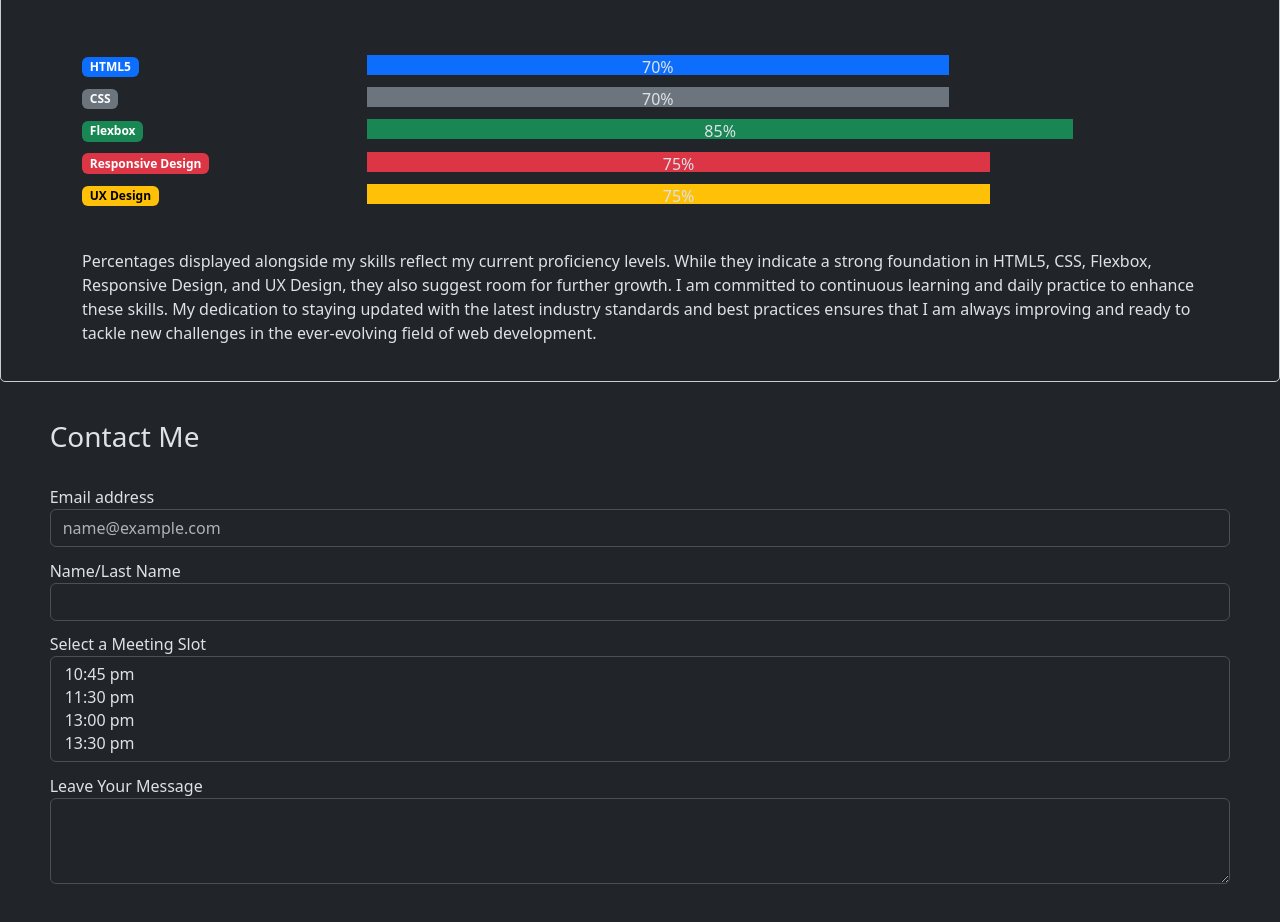
Repository: uvee35/Bootstrap-Portfolio
Page: index.html
The author's editor kept a copy of each file at every save. The page is drawn from the files as they stood at one save, then again after the next save.
The browser window is 1280 px wide. The pictures show the part of the page from y = 1177 to 2129 px (the page is 2099 px tall before and 2129 px after).
A picture or video elsewhere on the page could not be fetched, so the positions and the page height are approximate.

Above is the page before, as saved 2023-12-18 20:27:58.

### index.html
<!DOCTYPE html>
<html lang="en" data-bs-theme="dark">
  <head>
    <meta charset="utf-8" />
    <meta name="viewport" content="width=device-width, initial-scale=1" />
    <title>Bootstrap demo</title>
    <link
      href="https://cdn.jsdelivr.net/npm/bootstrap@5.3.2/dist/css/bootstrap.min.css"
      rel="stylesheet"
      integrity="sha384-T3c6CoIi6uLrA9TneNEoa7RxnatzjcDSCmG1MXxSR1GAsXEV/Dwwykc2MPK8M2HN"
      crossorigin="anonymous"
    />
    <link rel="stylesheet" href="./css/style.css" />
    <link
      rel="stylesheet"
      href="https://cdnjs.cloudflare.com/ajax/libs/font-awesome/5.15.4/css/all.min.css"
    />
  </head>
  <body>
    <!-- Navbar -->
    <nav class="navbar navbar-expand-lg navbar-light bg-dark">
      <div class="container-fluid">
        <!-- Brand/logo -->
        <a class="navbar-brand" href="#home">Victor Marques</a>
        <i class="fab fa-html5"></i>

        <!-- Toggle button for small screens -->
        <button
          class="navbar-toggler"
          type="button"
          data-bs-toggle="collapse"
          data-bs-target="#navbarNavAltMarkup"
          aria-controls="navbarNavAltMarkup"
          aria-expanded="false"
          aria-label="Toggle navigation"
        >
          <span class="navbar-toggler-icon"></span>
        </button>

        <!-- Navbar links -->
        <div
          class="collapse navbar-collapse justify-content-end"
          id="navbarNavAltMarkup"
        >
          <div class="navbar-nav">
            <a class="nav-link" href="#about-me">About Me</a>
            <a class="nav-link" href="#work">Work</a>
            <a class="nav-link" href="#work">Skills</a>
            <a class="nav-link" href="#contact">Contact</a>
          </div>
        </div>
      </div>
    </nav>

    <!-- Hero Section -->
    <section class="hero-section bg-dark text-center py-5" id="hero">
      <div class="container">
        <img
          src="./css/images/victor.JPG"
          alt="Your Name"
          class="rounded-circle mb-3"
          style="width: 150px; height: 150px"
        />
        <h1 class="display-4">Victor Marques</h1>
        <p class="lead">Front-end Developer | Creative Designer</p>
        <p>
          Welcome to my professional portfolio. Here you can find a showcase of
          my work, projects I've contributed to, and the skills I bring to the
          table.
        </p>
      </div>
      <button type="button" class="btn btn-primary btn-lg">Let's Talk</button>
      <button type="button" class="btn btn-secondary btn-lg">My Skills</button>
    </section>

    <!-- Cards -->
    <div class="container-fluid" id="work">
      <div class="row">
        <h1 class="col-12" id="work-text">My Portfolio</h1>
        <!-- Card 1 -->
        <div class="cardContainer col-lg-3 col-md-3 col-sm-6 padding-top">
          <div class="card">
            <img
              src="./css/images/card1photo.png"
              class="card-img-top"
              alt="..."
            />
            <div class="card-body">
              <h4 class="card-title">Horiseon Website</h4>
              <p class="card-text">
                Horiseon is a website crafted with HTML and CSS, focusing on
                accessibility and search engine optimization...
              </p>
              <a
                href="https://uvee35.github.io/Victor-Module1Challenge/"
                class="btn btn-primary"
                >See Live Demo</a
              >
            </div>
          </div>
        </div>
        <!-- End card 1 -->

        <!-- Card 2 -->
        <div class="cardContainer col-lg-3 col-md-3 col-sm-6">
          <div class="card">
            <img src="./css/images/card2.png" class="card-img-top" alt="..." />
            <div class="card-body">
              <h4 class="card-title">Portfolio</h4>
              <p class="card-text">
                This portfolio website, built using HTML, CSS, and Flexbox,
                features a modern and responsive design...
              </p>
              <a
                href="https://uvee35.github.io/Challenge2-Victor/."
                class="btn btn-primary"
                >See Live Demo</a
              >
            </div>
          </div>
        </div>
        <!-- End card 2 -->

        <!-- Card 3 -->
        <div class="cardContainer col-lg-3 col-md-3 col-sm-6">
          <div class="card">
            <img src="./css/images/card3.png" class="card-img-top" alt="..." />
            <div class="card-body">
              <h4 class="card-title">NiceAdmin</h4>
              <p class="card-text">
                NiceAdmin is a website designed using HTML, CSS, and Bootstrap,
                offering a user-friendly admin and dashboard interface...
              </p>
              <a
                href="https://bootstrapmade.com/demo/NiceAdmin/"
                class="btn btn-primary"
                >See Live Demo</a
              >
            </div>
          </div>
        </div>
        <!-- End card 3 -->
        <!-- Card 4 -->
        <div class="cardContainer col-lg-3 col-md-3 col-sm-6">
          <div class="card">
            <img src="./css/images/card4.png" class="card-img-top" alt="..." />
            <div class="card-body">
              <h4 class="card-title">EstateAgency</h4>
              <p class="card-text">
                EstateAgency is a sleek, Bootstrap-based real estate website
                template, ideal for agencies and realtors...
              </p>
              <a
                href="https://bootstrapmade.com/demo/EstateAgency/"
                class="btn btn-primary"
                >See Live Demo</a
              >
            </div>
          </div>
        </div>
        <!-- End card 4 -->
      </div>
    </div>
    <!-- End cards -->

    <!-- Skills Section -->

    <div class="container-fluid" id="Skills">
      <div class="row mb-4">
        <h2 class="col-12" style="text-align: center; padding-top: 20px">
          My Skills
        </h2>
      </div>

      <div class="container">
        <div class="row align-items-center mb-2">
          <div class="col-md-3">
            <span class="badge text-bg-primary">HTML5</span>
          </div>
          <div class="col-md-9">
            <div
              class="bg-primary"
              style="width: 70%; height: 20px; text-align: center"
            >
              70%
            </div>
          </div>
        </div>
        <div class="row align-items-center mb-2">
          <div class="col-md-3">
            <span class="badge text-bg-secondary">CSS</span>
          </div>
          <div class="col-md-9">
            <div
              class="bg-secondary"
              style="width: 70%; height: 20px; text-align: center"
            >
              70%
            </div>
          </div>
        </div>
        <div class="row align-items-center mb-2">
          <div class="col-md-3">
            <span class="badge text-bg-success">Flexbox</span>
          </div>
          <div class="col-md-9">
            <div
              class="bg-success"
              style="width: 85%; height: 20px; text-align: center"
            >
              85%
            </div>
          </div>
        </div>
        <div class="row align-items-center mb-2">
          <div class="col-md-3">
            <span class="badge text-bg-danger">Responsive Design</span>
          </div>
          <div class="col-md-9">
            <div
              class="bg-danger"
              style="width: 75%; height: 20px; text-align: center"
            >
              75%
            </div>
          </div>
        </div>
        <div class="row align-items-center mb-2">
          <div class="col-md-3">
            <span class="badge text-bg-warning">UX Design</span>
          </div>
          <div class="col-md-9">
            <div
              class="bg-warning"
              style="width: 75%; height: 20px; text-align: center"
            >
              75%
            </div>
          </div>
        </div>

        <p style="padding-top: 35px">
          Percentages displayed alongside my skills reflect my current
          proficiency levels. While they indicate a strong foundation in HTML5,
          CSS, Flexbox, Responsive Design, and UX Design, they also suggest room
          for further growth. I am committed to continuous learning and daily
          practice to enhance these skills. My dedication to staying updated
          with the latest industry standards and best practices ensures that I
          am always improving and ready to tackle new challenges in the
          ever-evolving field of web development.
        </p>
      </div>
    </div>

    <!-- Contact Me -->
    <div class="container-fluid" id="contact-me">

    <form style="padding: 3%" style="display: flex; justify-content: center">
      <h3>Contact Me</h3>
      <div class="form-group" style="padding-top: 2%">
        <label for="exampleFormControlInput1">Email address</label>
        <input
          type="email"
          class="form-control"
          id="exampleFormControlInput1"
          placeholder="name@example.com"
        />
      </div>
      <div class="form-group" style="margin-top: 1%">
        <label for="exampleFormControlInput1">Name/Last Name</label>
        <input type="text" class="form-control" id="description" />
      </div>
      <div class="form-group" style="margin-top: 1%">
        <label for="exampleFormControlSelect2">Select a Meeting Slot</label>
        <select multiple class="form-control" id="exampleFormControlSelect2">
          <option>10:45 pm</option>
          <option>11:30 pm</option>
          <option>13:00 pm</option>
          <option>13:30 pm</option>
        </select>
      </div>
      <div class="form-group" style="margin-top: 1%">
        <label for="exampleFormControlTextarea1">Leave Your Message</label>
        <textarea
          class="form-control"
          id="exampleFormControlTextarea1"
          rows="3"
        ></textarea>
      </div>
    </div>
    </form>

    <script
      src="https://cdn.jsdelivr.net/npm/bootstrap@5.3.2/dist/js/bootstrap.bundle.min.js"
      integrity="sha384-C6RzsynM9kWDrMNeT87bh95OGNyZPhcTNXj1NW7RuBCsyN/o0jlpcV8Qyq46cDfL"
      crossorigin="anonymous"
    ></script>
  </body>
</html>

### css/style.css
.hero-section {
    background-color: #121212; /* Dark background color */
    color: #ffffff; /* White text color for contrast */
    position: relative; /* Position relative for absolute positioning of buttons */
    z-index: 1; /* Ensure the layering is correct */
  }


  .hero-buttons {
    position: absolute;
    bottom: 20px;
    left: 50%;
    transform: translateX(-50%); /* Center the buttons */
    z-index: 2; /* Above the background image */
  }

  /* If you have a specific background image you want to use */
  .hero-section {
    background-image: url('./images/planet-1702788_1920.jpg');
    background-size: cover;
    background-position: center;
  }

  #Skills {
    border: 1px solid #ccc;
    border-radius: 5px;
    padding: 20px;
  }

  #work{
    border: 1px solid #ccc;
    border-radius: 5px;
    padding: 20px;
  }

.col-12{
text-align: center;
 padding-top: 5px;
 padding-bottom: 2%;
}

After the next save:
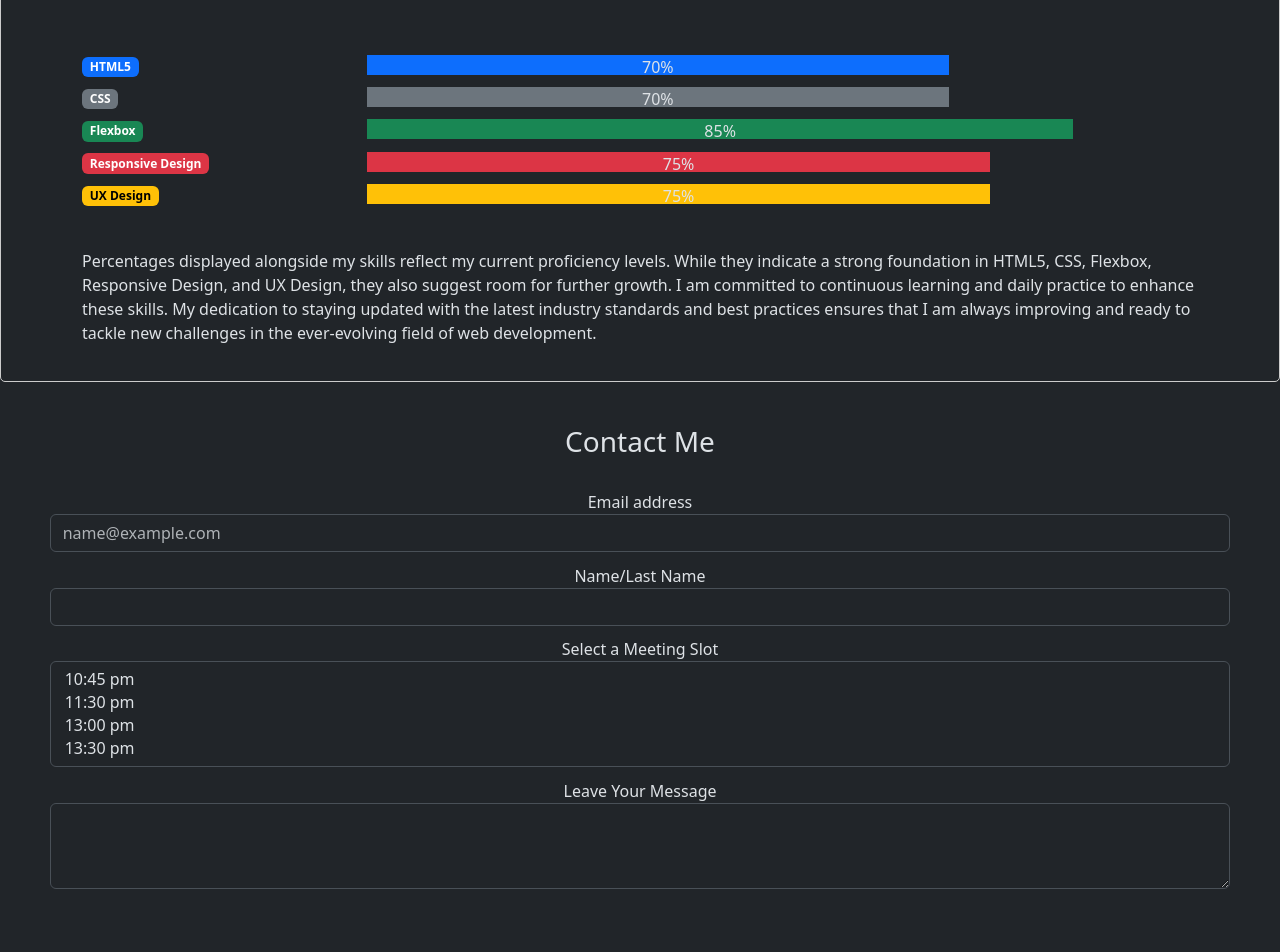
Saved 32 s later.
--- a/css/style.css
+++ b/css/style.css
@@ -38,3 +38,9 @@
  padding-top: 5px;
  padding-bottom: 2%;
 }
+
+#contact-me{
+  text-align: center;
+ padding-top: 5px;
+ padding-bottom: 2%;
+}
